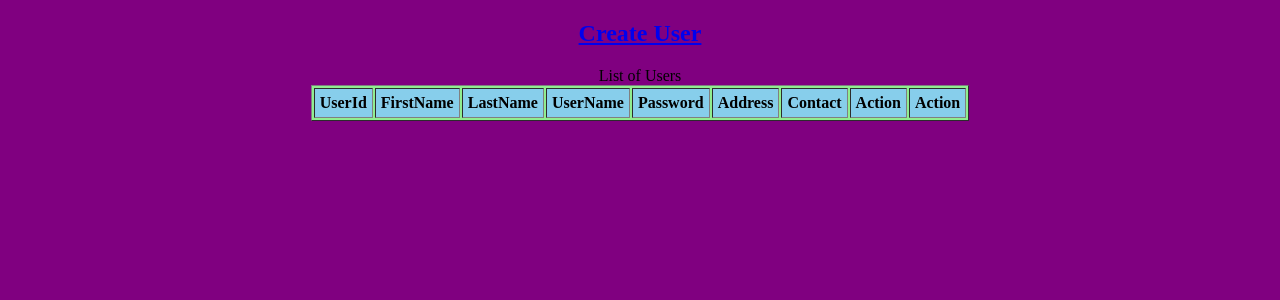
Repository: Shivanishinde8225/User-Managment-System
Page: http://localhost/RegistrationUserApp/ListUsers.jsp
The author's editor kept a copy of each file at every save. The page is drawn from the files as they stood at one save, then again after the next save.
The browser window is 1280 px wide. The pictures show the whole page.
The page is served by Tomcat 9. Other server files are loaded and not shown. Queries for data that is not in the repository find no rows.

Above is the page before, as saved 2023-04-02 06:39:28.

### RegistrationUserApp/webapp/ListUsers.jsp
<%@ page language="java" contentType="text/html; charset=UTF-8"
    pageEncoding="UTF-8"%>

    <%@ taglib uri = "http://java.sun.com/jsp/jstl/core" prefix = "c" %>
    <%@ taglib uri = "http://java.sun.com/jsp/jstl/sql" prefix = "sql" %>
<!DOCTYPE html>
<html>
<head>
<meta charset="UTF-8">
<title>Insert title here</title>
</head>
<body bgcolor = "purple">
 <center>
		<h2><a href = "RegistrationForm.jsp">Create User</a></h2>
	</center>
	<sql:setDataSource var = "myds"
	driver = "com.mysql.cj.jdbc.Driver"
	url = "JDBC:mysql://localhost:3306/usdb?useSSL = false"
	user = "root"
	password = "ShivCse@"/>

	<sql:query var = "listUsers" dataSource = "${myds}">
	select * from user1;
	</sql:query>

	<div align = "center">
		<table border = "1" cellpadding = "5" bgcolor = "Lightgreen">
			<caption>List of Users</caption>
			<tr bgcolor = "skyblue">
				<th>UserId</th>
				<th>FirstName</th>
				<th>LastName</th>
				<th>UserName</th>
				<th>Password</th>
				<th>Address</th>
				<th>Contact</th>
				<th>Action</th>
				<th>Action</th>
			</tr>

			<c:forEach var = "user" items = "${listUsers.rows}">
			<tr>
				<td><c:out value = "${user.uid}"/></td>
				<td><c:out value = "${user.f_name}"/></td>
				<td><c:out value = "${user.l_name}"/></td>
				<td><c:out value = "${user.uname}"/></td>
				<td><c:out value = "${user.password}"/></td>
				<td><c:out value = "${user.address}"/></td>
				<td><c:out value = "${user.contact}"/></td>

				<td><a href = "UpdateUserForm.jsp?uid = <c:out value = '${user.uid}'/>">Update</a></td>
				<td><a href = "DeleteUserServlets?uid = <c:out value = '${user.uid}'/>">Delete</a></td>
			</tr>
			</c:forEach>
		</table>
	</div>
</body>
</html>

After the next save:
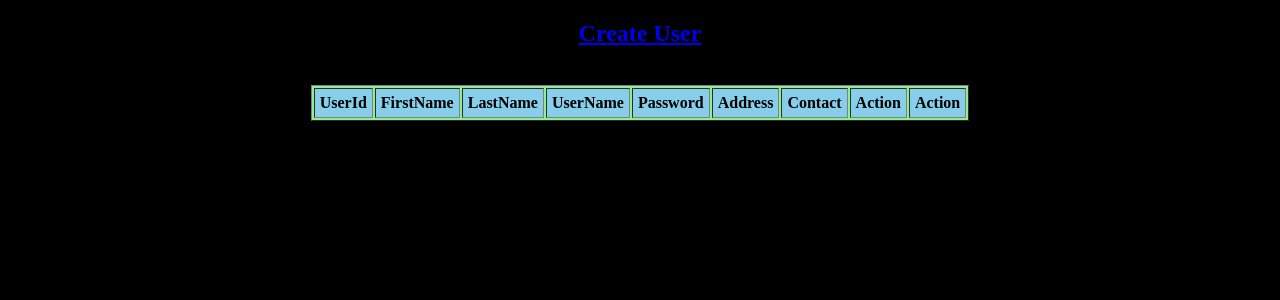
Saved 2 min 14 s later.
--- a/RegistrationUserApp/webapp/ListUsers.jsp
+++ b/RegistrationUserApp/webapp/ListUsers.jsp
@@ -9,7 +9,7 @@
 <meta charset="UTF-8">
 <title>Insert title here</title>
 </head>
-<body bgcolor = "purple">
+<body bgcolor = "purp">
  <center>
 		<h2><a href = "RegistrationForm.jsp">Create User</a></h2>
 	</center>
@@ -48,8 +48,8 @@
 				<td><c:out value = "${user.address}"/></td>
 				<td><c:out value = "${user.contact}"/></td>
 
-				<td><a href = "UpdateUserForm.jsp?uid = <c:out value = '${user.uid}'/>">Update</a></td>
-				<td><a href = "DeleteUserServlets?uid = <c:out value = '${user.uid}'/>">Delete</a></td>
+				<td><a href = "UpdateUserForm.jsp?uid = <c:out value ='${user.uid}'/>">Update</a></td>
+				<td><a href = "DeleteUserServlets?uid = <c:out value ='${user.uid}'/>">Delete</a></td>
 			</tr>
 			</c:forEach>
 		</table>
